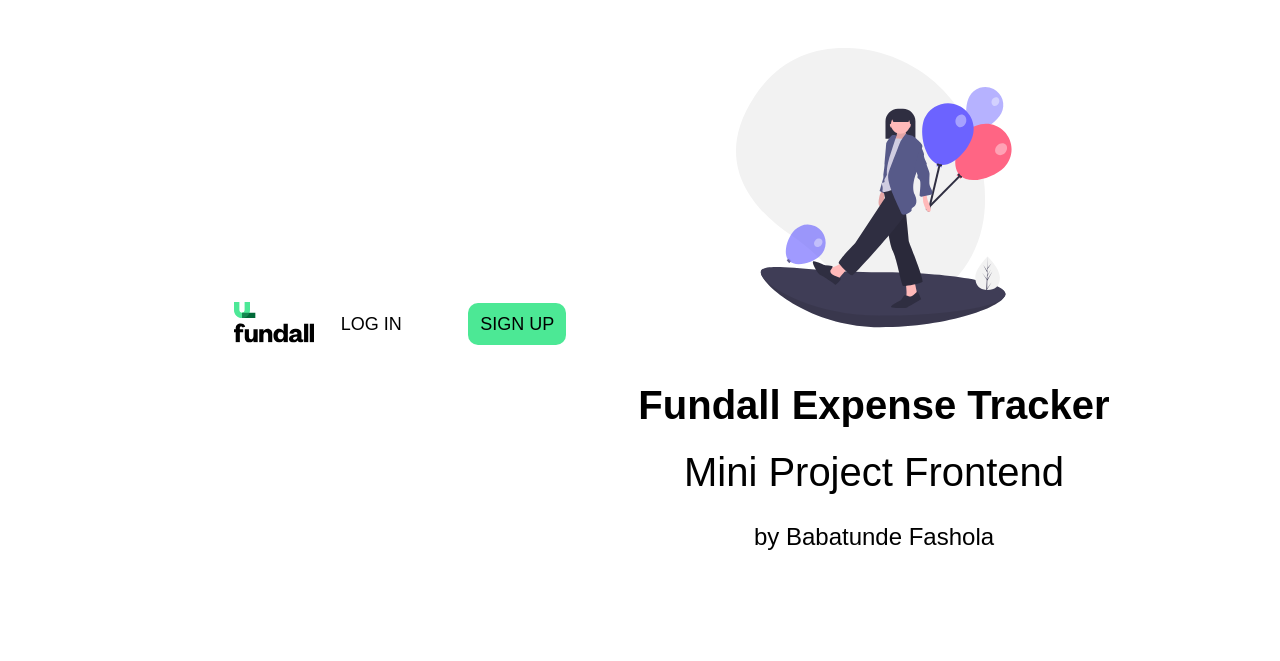
Repository: nilesjamex/niffty
Page: /
The author's editor kept a copy of each file at every save. The page is drawn from the files as they stood at one save, then again after the next save.
The browser window is 1280 px wide. The pictures show the whole page.
The project was rebuilt for these pictures with package versions that can differ from the ones it lists, and the page was loaded fresh each time. Also part of the build but not shown: src/views/SignUp.vue, src/views/Login.vue.

Above is the page before, as saved 2022-04-16 20:32:38.

### src/main.js
import { createApp } from 'vue'
import App from './App.vue'
import router from './router'
import '@/styles/global.scss'

createApp(App).use(router).mount('#app')

### src/App.vue
<template>

  <router-view/>
</template>
<script>
// @ is an alias to /src

export default {
  components: {
  }
}
</script>
<style lang="scss">


#nav {
  padding: 30px;

  a {
    font-weight: bold;
    color: #2c3e50;

    &.router-link-exact-active {
      color: #42b983;
    }
  }
}
</style>

### src/router/index.js
import { createRouter, createWebHistory } from 'vue-router'
import Home from '../views/Home.vue';
import SignUp from '../views/SignUp.vue';
import Login from '../views/Login.vue';

const routes = [
  {
    path: '/',
    name: 'Home',
    component: Home
  },
  {
    path: '/signup',
    name: 'signup',
    component: SignUp
  },
  {
    path: '/login',
    name: 'login',
    component: Login
  }
]

const router = createRouter({
  history: createWebHistory(process.env.BASE_URL),
  routes
})

export default router

### src/styles/global.scss
@import './variables';
@import './mixins.scss';
@import './_typography.scss';
* {
    margin: 0;
    padding: 0;
    box-sizing: border-box;
    max-width: 100vw;
}
@font-face {
    font-family: "CircularStd";
    src: local(CircularStd) url(../fonts/circular-std-medium-500.ttf) format(opentype);
}
input {
    outline: none;
}
button {
    border: none;
    outline: none;
}
a {
    color: inherit;
    text-decoration: none;
}
li {
    list-style: none;
}
.button--signup {
    width: 98.01px;
    height: 42px;
    background: $access-bg;
    border-radius: 10px;
    @include flex(center, center);
    @include access {

    }
}
.button--submit {
    width: 400px;
    height: 52px;
    background: #4DE897;
    box-shadow: 0px 4px 10px rgba(118, 212, 45, 0.3);
    border-radius: 3px;
    @include flex(center, center);
    @include access;
}

### src/views/Home.vue
<template>
  <section>
     <Nav />
    <div class="section--box">
      <div class="home--img">
        <img src="@/assets/girl.svg" alt="">
      </div>
      <div class="home--text">
        <div class="home--text--content">
          <h2>
            Fundall Expense Tracker
          </h2>
          <h5>
            Mini Project Frontend
          </h5>
        </div>
        <div class="home--text--author">
          <h6>
            by Babatunde Fashola
          </h6>
        </div>
      </div>
    </div>
  </section>
</template>

<script>
// @ is an alias to /src
import Nav from "@/components/Nav.vue"
export default {
  name: 'Home',
  components: {
    Nav
  }
}
</script>
<style lang="scss" scoped>
@import '@/styles/mixins.scss';
@import '@/styles/_variables.scss';
@import '@/styles/_typography.scss';
section {
  @include flex(center,center);
  height: 90vh;
}
.section--box {
  text-align: center;
}
.home--text {
  margin: 3rem 0;
  .home--text--content {
    max-width: 100vw;
    margin: 0 auto;
    h2 {
    margin: 0 auto;
      @include heading1;
    }
    h5 {
    margin: 0 auto;
      margin: 1rem 0;
       @include heading1;
       font-weight: normal;
    }
  }
  .home--text--author {
    h6 {
      margin-top: 1.5rem;
      @include heading2;
       font-weight: normal;
    }
  }
}
</style>

### src/styles/_variables.scss
// colors
$access-bg: #4CE895;

### src/styles/mixins.scss
@mixin flex($justify: flex-start, $align: flex-start) {
    display: flex;
    justify-content: $justify;
    align-items: $align;
}

### src/styles/_typography.scss
@mixin access {
    font-family: 'CircularStd', sans-serif;
    font-size: 1.125rem;
    line-height: 23px;
    color: #000000;
    @content;
}
@mixin heading1 {
    font-family: 'CircularStd', sans-serif;
    font-size: 2.5rem;
    line-height: 51px;
    color: #000000;
    @content;
}
@mixin heading2 {
    font-family: 'CircularStd', sans-serif;
    font-size: 1.5rem;
    line-height: 30px;
    color: #000000;
    @content;
}
@mixin caption {
    font-family: 'CircularStd', sans-serif;
    font-size: 1.3rem;
    line-height: 27px;
    color: #000000;
    @content;
}
@mixin input {
    font-family: 'CircularStd', sans-serif;
    font-style: normal;
    font-size: 18px;
    line-height: 23px;
    color: #30443C;
    @content;
}
@mixin placeholder {
    font-family: 'Nunito Sans';
    font-style: normal;
    font-weight: 400;
    font-size: 18px;
    line-height: 25px;
    color: #30443C;
    mix-blend-mode: normal;
    opacity: 0.5;
    @content;
}
@mixin login {
    font-family: 'Nunito Sans';
    font-style: normal;
    font-weight: 400;
    font-size: 16px;
    line-height: 22px;
    color: #1B2420;
    @content;
}

### src/components/Nav.vue
<template>
  <nav>
      <div>
          <img src="@/assets/logo.svg" alt="">
      </div>
      <ul>
          <li>
              <a href="/login">
              <button class="button--signup" style="
              background: transparent;">
              LOG IN
              </button>
              </a>
          </li>
          <li>
              <a href="/signup">
              <button class="button--signup">
                  SIGN UP
              </button>
              </a>
          </li>
      </ul>
  </nav>
</template>

<script>
export default {

}
</script>

<style lang="scss" scoped>
@import '@/styles/mixins.scss';
@import '@/styles/_variables.scss';
@import '@/styles/_typography.scss';
nav {
    padding: 1rem 5%;
    height: 10vh;
    @include flex(space-between, center);
    ul {
        display: flex;
        align-items: center;
        gap: 2rem;
      li {
          margin: 0 0.5rem;
      }
    }
}
</style>

Loaded but not shown: public/index.html (common file)

After the next save:
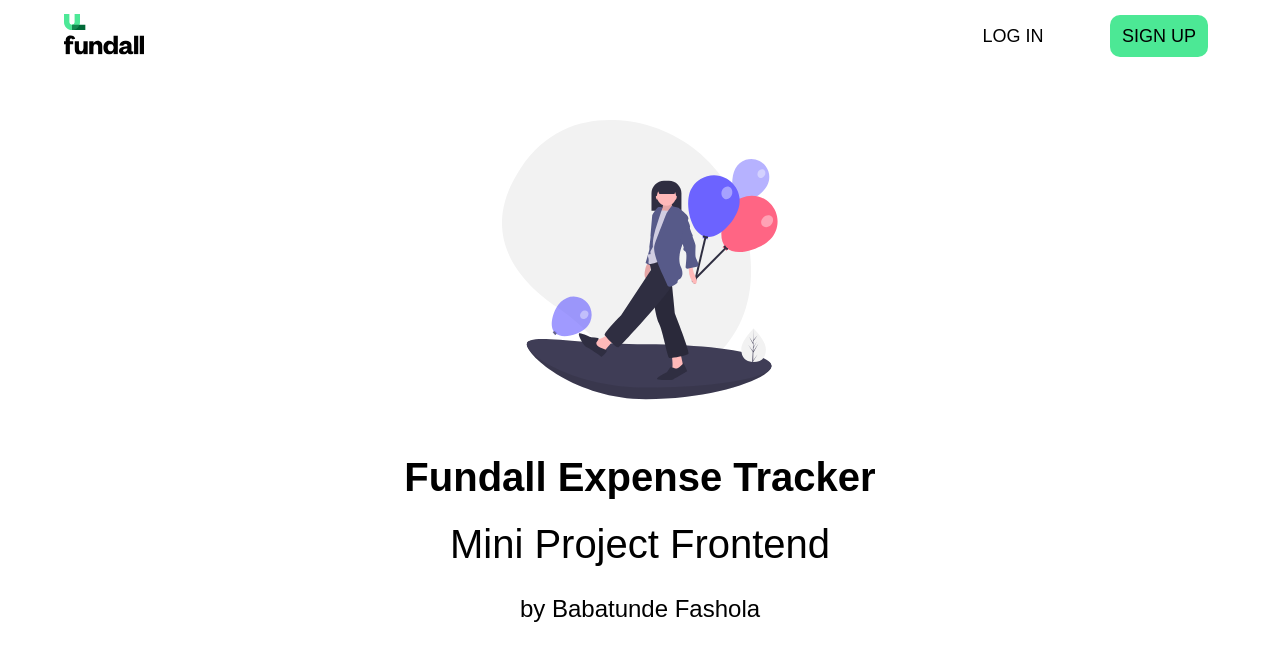
Saved 61 s later.
--- a/src/views/Home.vue
+++ b/src/views/Home.vue
@@ -1,6 +1,6 @@
 <template>
+     <Nav />
   <section>
-     <Nav />
     <div class="section--box">
       <div class="home--img">
         <img src="@/assets/girl.svg" alt="">
